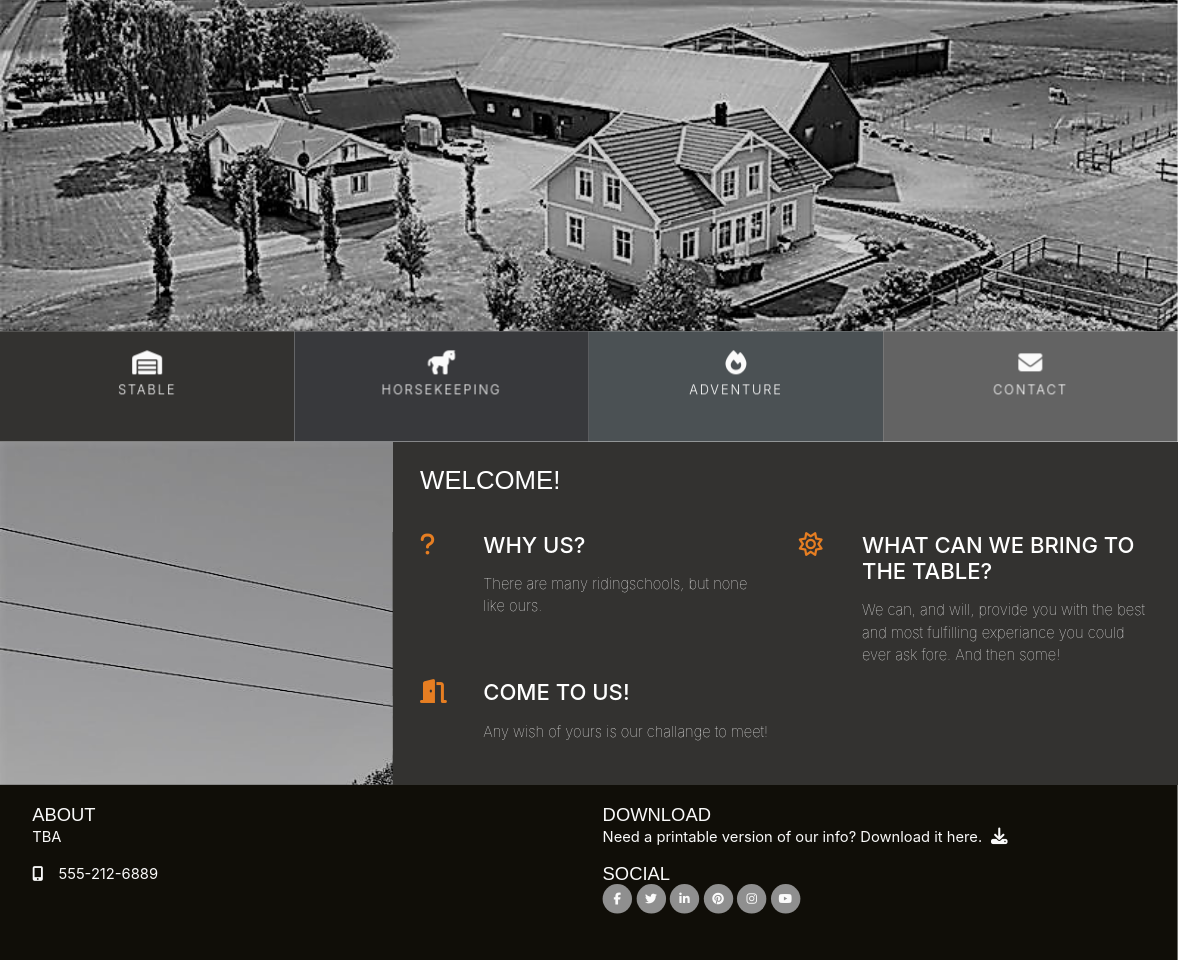
Repository: Jadehammar/frontendmilestone
Page: stable.html
The author's editor kept a record of every edit. The page is drawn from the files as they stood at one moment, then again after the next edit.
The browser window is 1280 px wide. The pictures show the whole page, at 92% of full size.
Backgrounds fixed to the window are drawn as part of the page. Some web libraries are served in a nearby version.

Above is the page before.

After the next edit:
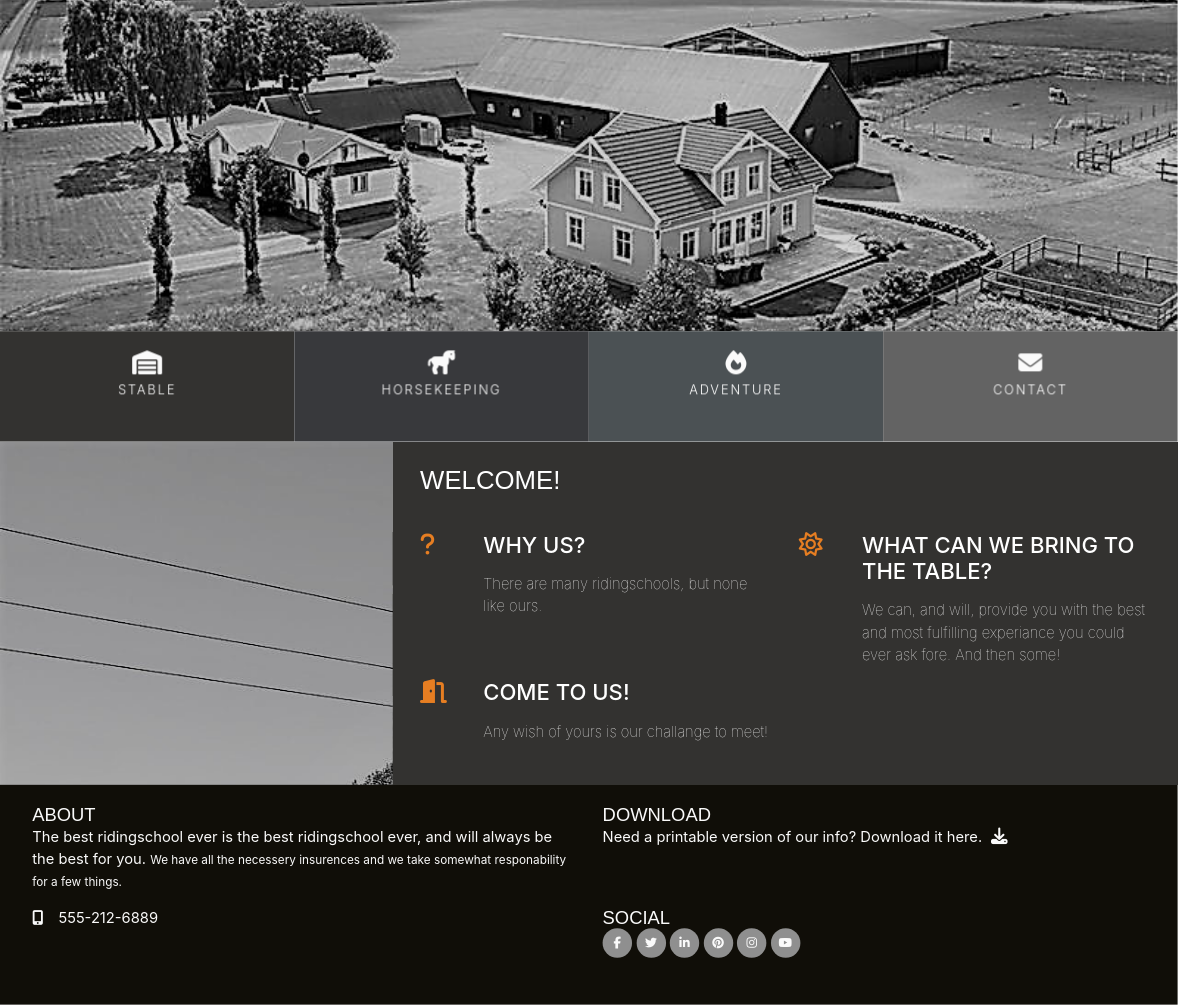
The edit:
--- a/stable.html
+++ b/stable.html
@@ -101,7 +101,8 @@
             <div class="col-sm-6">
                 <h5 class="uppercase general-sub">About</h5>
                 <p class="inline-block">
-                    TBA
+                    The best ridingschool ever is the best ridingschool ever, and will always be the best for you.
+                    <small>We have all the necessery insurences and we take somewhat responability for a few things.</small>
                 </p>
             </div>
             <div class="col-sm-6">
